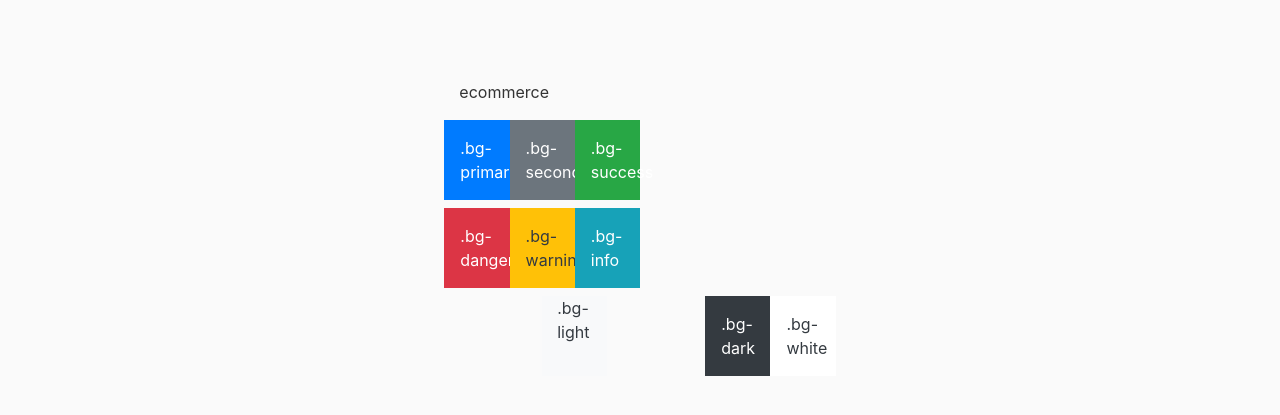
Repository: khanhdk0000/first_proj
Page: http://localhost/about?my_var=ecommerce
These files come from the project's save history. The page is drawn as it stood at one moment and after the next save; the edit follows.
The browser window is 1280 px wide. The pictures show the whole page.
Some web libraries are served in a nearby version. The page is served by the project's application, run on Flask 3 (flaskblog.py).

Above is the page before, as saved 2021-05-25 11:47:16.

### templates/about.html
{% extends "layout.html" %} {% block content %}
<div class="flex-center">
<div>
<p>{{ var}}</p>
<div class="row">
    <div class="col-2 p-3 mb-2 bg-primary text-white">.bg-primary</div>
    <div class="col-2 p-3 mb-2 bg-secondary text-white">.bg-secondary</div>
    <div class="col-2 p-3 mb-2 bg-success text-white">.bg-success</div>
</div>

<div class="row">
    <div class="col-2 p-3 mb-2 bg-danger text-white">.bg-danger</div>
    <div class="col-2 p-3 mb-2 bg-warning text-dark">.bg-warning</div>
    <div class="col-2 p-3 mb-2 bg-info text-white">.bg-info</div>
</div>

<div class="row">
    <div class="col-2 mx-auto mb-2 bg-light text-dark">.bg-light</div>
    <div class="col-2 p-3 mb-2 bg-dark text-white">.bg-dark</div>
    <div class="col-2 p-3 mb-2 bg-white text-dark">.bg-white</div>
</div>
</div>
</div>

{% endblock content %}

### templates/layout.html
<!DOCTYPE html>
<html>
  <head>
    <!-- Required meta tags -->
    <meta charset="utf-8" />
    <meta
      name="viewport"
      content="width=device-width, initial-scale=1, shrink-to-fit=no"
    />

    <!-- Bootstrap CSS -->
    <link
      rel="stylesheet"
      href="https://maxcdn.bootstrapcdn.com/bootstrap/4.0.0/css/bootstrap.min.css"
      integrity="sha384-Gn5384xqQ1aoWXA+058RXPxPg6fy4IWvTNh0E263XmFcJlSAwiGgFAW/dAiS6JXm"
      crossorigin="anonymous"
    />

    <link
      rel="stylesheet"
      type="text/css"
      href="{{ url_for('static', filename='main.css') }}"
    />

    {% if title %}
    <title>Flask Blog - {{ title }}</title>
    {% else %}
    <title>Flask Blog</title>
    {% endif %}
  </head>
  <body>
    {% block content %}{% endblock %}

    <!-- Optional JavaScript -->
    <!-- jQuery first, then Popper.js, then Bootstrap JS -->
    <script
      src="https://code.jquery.com/jquery-3.2.1.slim.min.js"
      integrity="sha384-KJ3o2DKtIkvYIK3UENzmM7KCkRr/rE9/Qpg6aAZGJwFDMVNA/GpGFF93hXpG5KkN"
      crossorigin="anonymous"
    ></script>
    <script
      src="https://cdnjs.cloudflare.com/ajax/libs/popper.js/1.12.9/umd/popper.min.js"
      integrity="sha384-ApNbgh9B+Y1QKtv3Rn7W3mgPxhU9K/ScQsAP7hUibX39j7fakFPskvXusvfa0b4Q"
      crossorigin="anonymous"
    ></script>
    <script
      src="https://maxcdn.bootstrapcdn.com/bootstrap/4.0.0/js/bootstrap.min.js"
      integrity="sha384-JZR6Spejh4U02d8jOt6vLEHfe/JQGiRRSQQxSfFWpi1MquVdAyjUar5+76PVCmYl"
      crossorigin="anonymous"
    ></script>
    <!-- MDB -->
    <script
      type="text/javascript"
      src="https://cdnjs.cloudflare.com/ajax/libs/mdb-ui-kit/3.5.0/mdb.min.js"
    ></script>
  </body>
</html>

### flaskblog.py
from flask import Flask, render_template, url_for, request
app = Flask(__name__)


posts = [
    {
        'author': 'Corey Schafer',
        'title': 'Blog Post 1',
        'content': 'First post content',
        'date_posted': 'April 20, 2018'
    },
    {
        'author': 'Jane Doe',
        'title': 'Blog Post 2',
        'content': 'Second post content',
        'date_posted': 'April 21, 2018'
    }
]

@app.route('/')
@app.route('/home')
def hello_world():
    return render_template('home.html', posts=posts, title='Hey')

@app.route('/about')
def about():
    my_var = request.args.get('my_var', None)
    return render_template('about.html', posts=posts, var=my_var)

if __name__ == '__main__':
    app.run(debug=True)

### static/main.css
body {
    background: #fafafa;
    color: #333333;
    margin-top: 5rem;
    height: 100%;
  }

  h1, h2, h3, h4, h5, h6 {
    color: #444444;
  }

  .bg-steel {
    background-color: #5f788a;
  }

  .site-header .navbar-nav .nav-link {
    color: #cbd5db;
  }

  .site-header .navbar-nav .nav-link:hover {
    color: #ffffff;
  }

  .site-header .navbar-nav .nav-link.active {
    font-weight: 500;
  }

  .content-section {
    background: #ffffff;
    padding: 10px 20px;
    border: 1px solid #dddddd;
    border-radius: 3px;
    margin-bottom: 20px;
  }

  .article-title {
    color: #444444;
  }

  a.article-title:hover {
    color: #428bca;
    text-decoration: none;
  }

  .article-content {
    white-space: pre-line;
  }

  .article-img {
    height: 65px;
    width: 65px;
    margin-right: 16px;
  }

  .article-metadata {
    padding-bottom: 1px;
    margin-bottom: 4px;
    border-bottom: 1px solid #e3e3e3
  }

  .article-metadata a:hover {
    color: #333;
    text-decoration: none;
  }

  .article-svg {
    width: 25px;
    height: 25px;
    vertical-align: middle;
  }

  .account-img {
    height: 125px;
    width: 125px;
    margin-right: 20px;
    margin-bottom: 16px;
  }

  .account-heading {
    font-size: 2.5rem;
  }

  .vertical-center {
    min-height: 100%;  /* Fallback for browsers do NOT support vh unit */
    min-height: 100vh; /* These two lines are counted as one :-)       */

    justify-content:center;
    display: flex;
    align-items: center;
  }

  .flex-center {
    display: flex;
    justify-content: center;
    min-height: 100%;
    min-width: 100%;
  }

After the next save:
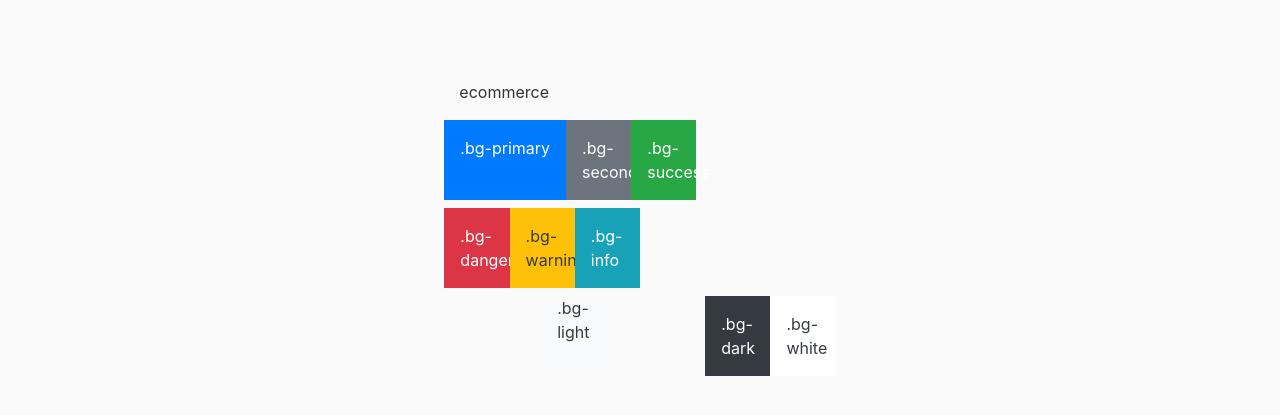
Saved 68 s later.
--- a/templates/about.html
+++ b/templates/about.html
@@ -3,7 +3,7 @@
 <div>
 <p>{{ var}}</p>
 <div class="row">
-    <div class="col-2 p-3 mb-2 bg-primary text-white">.bg-primary</div>
+    <div class="col-md-auto p-3 mb-2 bg-primary text-white">.bg-primary</div>
     <div class="col-2 p-3 mb-2 bg-secondary text-white">.bg-secondary</div>
     <div class="col-2 p-3 mb-2 bg-success text-white">.bg-success</div>
 </div>
